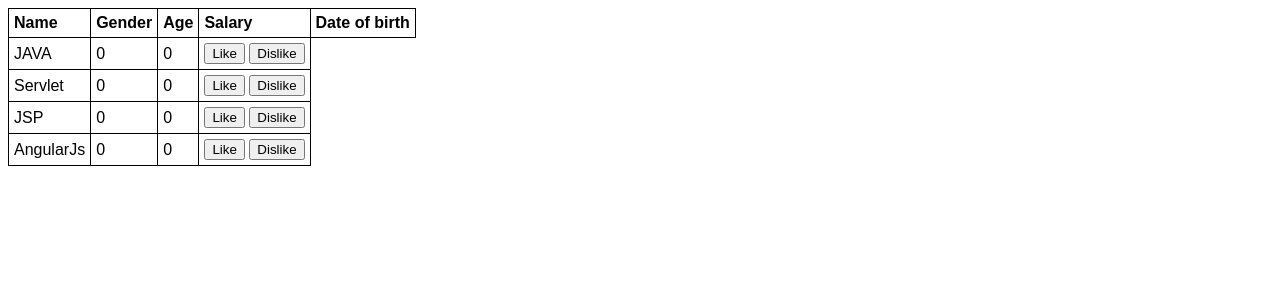
Repository: ammoreloaded/WebProjectFirst
Page: homework/WebProjectFirst/web/filterDemo.html
An editor plug-in stored every save of this project. The page is shown before and after the next save, followed by the edit.
The browser window is 1280 px wide. The pictures show the whole page.

Above is the page before, as saved 2016-05-19 14:59:31.

### homework/WebProjectFirst/web/filterDemo.html
<!doctype html>
<html ng-app="myModule">
<head>
<script src="resources/js/angular.min.js"></script>
<script src="resources/js/scriptEventDemo.js"></script>
<link href="style.css" rel="stylesheet" type="text/css"/>
</head>
<body ng-controller="myController">
	<div>
		<table>
			<thead>
				<tr>
					<th>Name</th>
					<th>Gender</th>
					<th>Age</th>
					<th>Salary</th>
					<th>Date of birth</th>
				</tr>
			</thead>
			<tbody>
				<tr ng-repeat="technology in technologies">
					<td>{{ technology.name }}</td>
					<td>{{ technology.likes }}</td>
					<td>{{ technology.dislikes }}</td>
					<td><input type="button" value="Like" ng-click="incrLikes(technology)">
					<input type="button" value="Dislike" ng-click="incrDislikes(technology)"></td>
				</tr>
			</tbody>
		</table>
	</div>
</body>
</html>

### homework/WebProjectFirst/web/resources/js/scriptEventDemo.js

var technologies = [
                 {name : "JAVA", likes : 0, dislikes : 0},
                 {name : "Servlet", likes : 0, dislikes : 0},
                 {name : "JSP", likes : 0, dislikes : 0},
                 {name : "AngularJs", likes : 0, dislikes : 0}
                 ];

var myApp = angular.module("myModule", []).controller("myController", function($scope){
	$scope.technologies = technologies;

	$scope.incrLikes = function(technology){
		technology.likes++;
	};

	$scope.incrDislikes = function(technology){
		technology.dislikes++;
	};
});

### homework/WebProjectFirst/web/style.css
table {
	border-collapse: collapse;
	font-family : Arial;
}

td {
	border : 1px solid black;
	padding : 5px;
}

th {
	border : 1px solid black;
	padding : 5px;
	text-align: left;
}

Loaded but not shown: homework/WebProjectFirst/web/resources/js/angular.min.js (library)

After the next save:
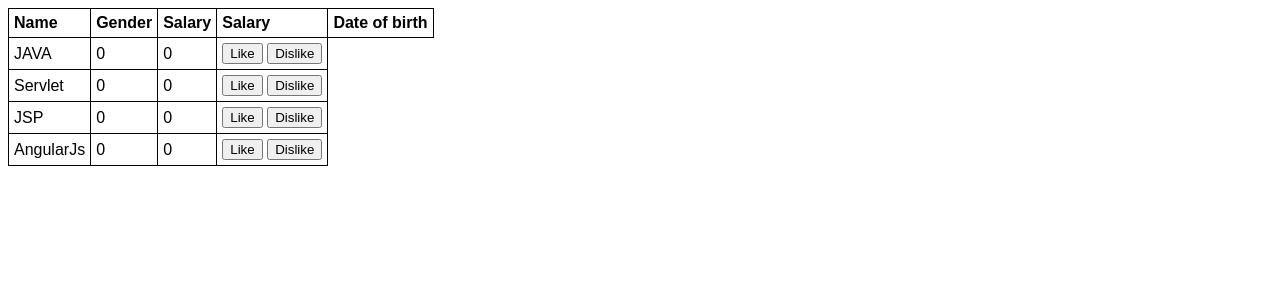
Saved 44 s later.
--- a/homework/WebProjectFirst/web/filterDemo.html
+++ b/homework/WebProjectFirst/web/filterDemo.html
@@ -12,7 +12,7 @@
 				<tr>
 					<th>Name</th>
 					<th>Gender</th>
-					<th>Age</th>
+					<th>Salary</th>
 					<th>Salary</th>
 					<th>Date of birth</th>
 				</tr>
